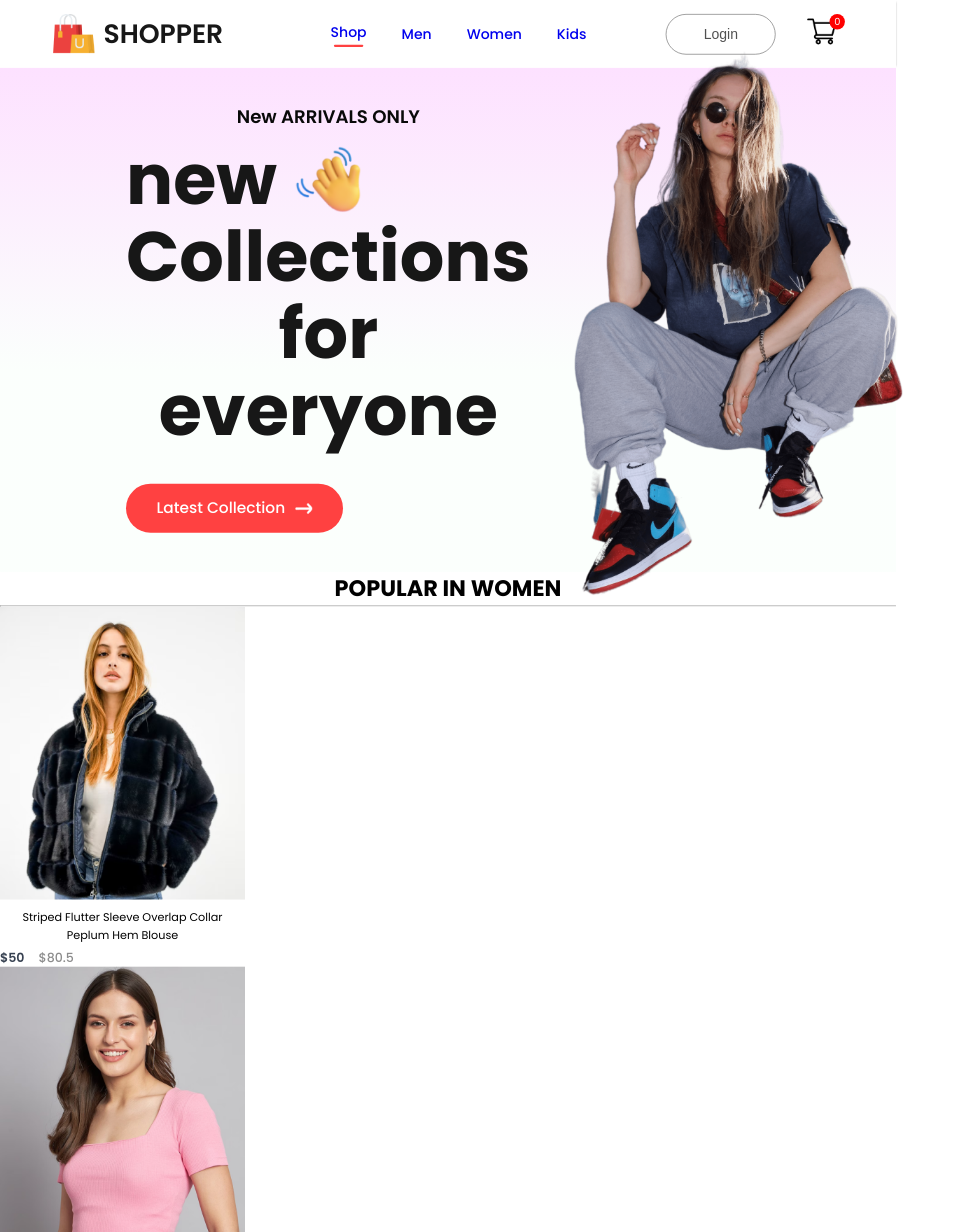
Repository: saritha55/EcommerceReactJs
Page: /
These files come from the project's save history. The page is drawn as it stood at one moment and after the next save; the edit follows.
The browser window is 1280 px wide. The page is 1371 px wide, then 1280 px, so the pictures cover 1371 px, including what lies to the right of the window. The pictures show the part of the page from y = 0 to 1760 px (the page is 2923 px tall), at 70% of full size.
The project was rebuilt for these pictures with package versions that can differ from the ones it lists, and the page was loaded fresh each time. Also part of the build but not shown: src/Components/Popular/Popular.css, src/Pages/ShopCategory.jsx, src/Pages/Product.jsx, src/Pages/Cart.jsx, src/Pages/LoginSignup.jsx.

Above is the page before, as saved 2024-12-02 15:40:41.

### public/index.html
<!DOCTYPE html>
<html lang="en">
  <head>
    <meta charset="utf-8" />
    <link rel="icon" href="%PUBLIC_URL%/favicon.ico" />
    <meta name="viewport" content="width=device-width, initial-scale=1" />
    <meta name="theme-color" content="#000000" />
    <meta
      name="description"
      content="Web site created using create-react-app"
    />
    <link rel="apple-touch-icon" href="%PUBLIC_URL%/logo192.png" />
    <!--
      manifest.json provides metadata used when your web app is installed on a
      user's mobile device or desktop. See https://developers.google.com/web/fundamentals/web-app-manifest/
    -->
    <link rel="manifest" href="%PUBLIC_URL%/manifest.json" />

    <link rel="preconnect" href="https://fonts.googleapis.com">
    <link rel="preconnect" href="https://fonts.gstatic.com" crossorigin>
    <link href="https://fonts.googleapis.com/css2?family=Poppins:ital,wght@0,100;0,200;0,300;0,400;0,500;0,600;0,700;0,800;0,900;1,100;1,200;1,300;1,400;1,500;1,600;1,700;1,800;1,900&display=swap" rel="stylesheet">
    <!--
      Notice the use of %PUBLIC_URL% in the tags above.
      It will be replaced with the URL of the `public` folder during the build.
      Only files inside the `public` folder can be referenced from the HTML.

      Unlike "/favicon.ico" or "favicon.ico", "%PUBLIC_URL%/favicon.ico" will
      work correctly both with client-side routing and a non-root public URL.
      Learn how to configure a non-root public URL by running `npm run build`.
    -->
    <title>E-commerce</title>
  </head>
  <body>
    <noscript>You need to enable JavaScript to run this app.</noscript>
    <div id="root"></div>
    <!--
      This HTML file is a template.
      If you open it directly in the browser, you will see an empty page.

      You can add webfonts, meta tags, or analytics to this file.
      The build step will place the bundled scripts into the <body> tag.

      To begin the development, run `npm start` or `yarn start`.
      To create a production bundle, use `npm run build` or `yarn build`.
    -->
  </body>
</html>

### src/App.js
import './App.css';
import Navbar from './Components/Navbar/Navbar';
import { BrowserRouter, Routes,Route } from 'react-router-dom';
import Shop from './Pages/Shop';
import ShopCategory
 from './Pages/ShopCategory';
import Product from './Pages/Product';
import Cart from './Pages/Cart';
import LoginSignup from './Pages/LoginSignup';

function App() {
  return (
    <div className="App">
      <BrowserRouter>
      <Navbar />
      <Routes>
        <Route path ='/' element={<Shop/>} />
        <Route path ='/mens' element={<ShopCategory category="men"/>} />
        <Route path ='/womens' element={<ShopCategory category="women"/>} />
        <Route path ='/kids' element={<ShopCategory category="kid"/>} />
        <Route path="product" element={<Product/>}>
            <Route path=':productId' element={<Product/>} />
        </Route>
        <Route path ='/cart' element={<Cart/>} />
        <Route path ='/login' element={<LoginSignup/>} />

      </Routes>
      </BrowserRouter>
    </div>
  );
}

export default App;

### src/Components/Navbar/Navbar.jsx
import React from 'react'
import { useState } from 'react'
import './Navbar.css'
import logo from '../Assets/logo.png'
import cart_icon from '../Assets/cart_icon.png'
import { Link } from 'react-router-dom'

const Navbar = () => {

    const [menu,setMenu] = useState("shop");

  return (
    <div className='navbar'>
      <div className="nav-logo">
        <img src={logo} alt="" />
        <p>SHOPPER</p>
      </div>
      <ul className="nav-menu">
        <li onClick={()=>{setMenu("shop")}} > <Link  style={{ textDecoration: 'none'}} to='/'>Shop</Link> {menu==="shop"?<hr/>:<></>} </li>
        <li onClick={()=>{setMenu("mens")}}><Link style={{ textDecoration: 'none'}} to='/mens'>Men </Link>{menu==="mens"?<hr/>:<></>}</li>
        <li onClick={()=>{setMenu("womens")}}><Link style={{ textDecoration: 'none'}} to='/womens'>Women </Link> {menu==="womens"?<hr/>:<></>}</li>
        <li onClick={()=>{setMenu("kids")}}> <Link style={{ textDecoration: 'none'}} to='/kids'>Kids</Link> {menu==="kids"?<hr/>:<></>}</li>
      </ul>
      <div className="nav-login-cart">
        <Link to='/login'><button>Login</button></Link>
        <Link to='/cart'><img src={cart_icon} alt="" /></Link>
        <div className="nav-cart-count">0</div>
      </div>
    </div>
  )
}

export default Navbar

### src/Pages/Shop.jsx
import React from 'react'
import Hero from '../Components/Hero/Hero'
import Popular from '../Components/Popular/Popular'

const Shop = () => {
  return (
    <div>
      <Hero/>
      <Popular/>
    </div>
  )
}

export default Shop

### src/Components/Navbar/Navbar.css
.navbar{
    display: flex;
    justify-content: space-around;
    padding: 16px;
    box-shadow: 0 1px 3px -2px black;
}

.nav-logo{
    display: flex;
    align-items: center;
    gap: 10px;
}
.nav-logo p{
    color: #171717;
    font-size: 38px;
    font-weight: 600;
}
.nav-menu{
    display: flex;
    align-items: center;
    list-style: none;
    gap: 50px;
    color: #626262;
    font-size: 20px;
    font-weight: 500;
}
.nav-menu li{
    display: flex;
    flex-direction: column;
    align-items: center;
    gap: 3px;
    cursor: pointer;
}
.nav-menu hr{
    border: none;
    width: 80%;
    height: 3px;
    border-radius: 10px;
    background: #ff4141;
}
.nav-login-cart{
    display: flex;
    align-items: center;
    gap: 45px;
}
.nav-login-cart button{
    width: 157px;
    height: 58px;
    outline: none;
    border: 1px solid #7a7a7a;
    border-radius: 75px;
    color: #515151;
    font-size: 20px;
    font-weight: 500;
    background: white;
    cursor: pointer;

}
.nav-login-cart button:active{
    background: #f3f3f3;
}
.nav-cart-count{
    width: 22px;
    height: 22px;
    display: flex;
    justify-content: center;
    align-items: center;
    margin-top: -35px;
    margin-left: -55px;
    border-radius: 11px;
    font-size: 14px;
    background: red;
    color: white;
}

### src/Components/Hero/Hero.jsx
import React from 'react'
import './Hero.css'
import hand_icon from '../Assets/hand_icon.png'
import arrow_icon from '../Assets/arrow.png'
import hero_image from '../Assets/hero_image.png'

const Hero = () => {
  return (
    <div className='hero'>
      <div className="hero-left">
        <h2>New ARRIVALS ONLY</h2>
        <div>
            <div className="hero-hand-icon">
                <p>new</p>
                <img src={hand_icon} alt="" />
            </div>
            <p>Collections</p>
            <p>for everyone</p>
        </div>
        <div className="hero-latest-btn">
            <div>Latest Collection</div>
            <img src={arrow_icon} alt="" />
        </div>
      </div>
      <div className="hero-right">
        <img src={hero_image} alt="" />

      </div>
    </div>
  )
}

export default Hero

### src/Components/Popular/Popular.jsx
import React from 'react'
import './Popular.css'
import data_product from '../Assets/data'
import Item from '../Item/Item'


const Popular = () => {
  return (
    <div className='popular'>
      <h1>POPULAR IN WOMEN</h1>
      <hr />
      <div className="popular-item">
        {data_product.map((item,i)=>{
            return <Item key={i} id={item.id} name={item.name} image={item.image} new_price={item.new_price} old_price={item.old_price} />
        })}
      </div>
    </div>
  )
}

export default Popular

### src/Components/Hero/Hero.css
.hero{
    height: 100vh;
    background: linear-gradient(180deg, #fde1ff, #e1ffea22 60%);
    display: flex;

}
.hero-left{
    flex: 1;
    display: flex;
    flex-direction: column;
    justify-content: center;
    gap: 20px;
    padding-left: 180px;
    line-height: 1.1;

}
.hero-left h2{
    color: #090909;
    font-size: 26px;
    font-weight: 600;
}
.hero-left p{
    color: #171717;
    font-size: 100px;
    font-weight: 700;
}
.hero-hand-icon{
   display: flex;
   align-items: center;
   gap: 20px;
}
.hero-hand-icon img{
    width: 105px;
}
.hero-latest-btn{
    display: flex;
    justify-content: center;
    align-items: center;
    gap: 15px;
    width: 310px;
    height: 70px;
    border-radius: 75px;
    margin-top: 30px;
    background: #ff4141;
    color: white;
    font-size: 22px;
    font-weight: 500;

}
.hero-right{
    flex: 1;
    display: flex;
    align-items: center;
    justify-content: center;
}

### src/Components/Assets/data.js
import p1_img from './product_1.png'
import p2_img from './product_2.png'
import p3_img from './product_3.png'
import p4_img from './product_4.png'

let data_product = [
  {
    id:1,
    name:"Striped Flutter Sleeve Overlap Collar Peplum Hem Blouse",
    image:p1_img,
    new_price:50.00,
    old_price:80.50,
  },
  {id:2,
    name:"Striped Flutter Sleeve Overlap Collar Peplum Hem Blouse",
    image:p2_img,
    new_price:85.00,
    old_price:120.50,
  },
  {id:3,
    name:"Striped Flutter Sleeve Overlap Collar Peplum Hem Blouse",
    image:p3_img,
    new_price:60.00,
    old_price:100.50,
  },
  {id:4,
    name:"Striped Flutter Sleeve Overlap Collar Peplum Hem Blouse",
    image:p4_img,
    new_price:100.00,
    old_price:150.00,
  },
];

export default data_product;

### src/Components/Item/Item.jsx
import React from 'react'
import './Item.css'

const Item = (props) => {
  return (
    <div className='item'>
        <img src={props.image} alt="" />
        <p>{props.name}</p>
        <div className="item-prices">
            <div className="item-price-new">
                ${props.new_price}
            </div>
            <div className="item-price-old">
                ${props.old_price}
            </div>

        </div>

    </div>
  )
}

export default Item

### src/Components/Item/Item.css
.item{
    width: 350px;
}

.item p{
    margin: 6px 0px;

}

.item-prices{
    display: flex;
    gap: 20px;
}
.item-price-new{
    color: #374151;
    font-size: 18px;
    font-weight: 600;
}
.item-price-old{
    color: #8c8c8c;
    font-size: 18px;
    font-weight: 500;
}

Loaded but not shown: src/index.js (common file); src/index.css (common file); src/reportWebVitals.js (common file); src/App.css (common file)

After the next save:
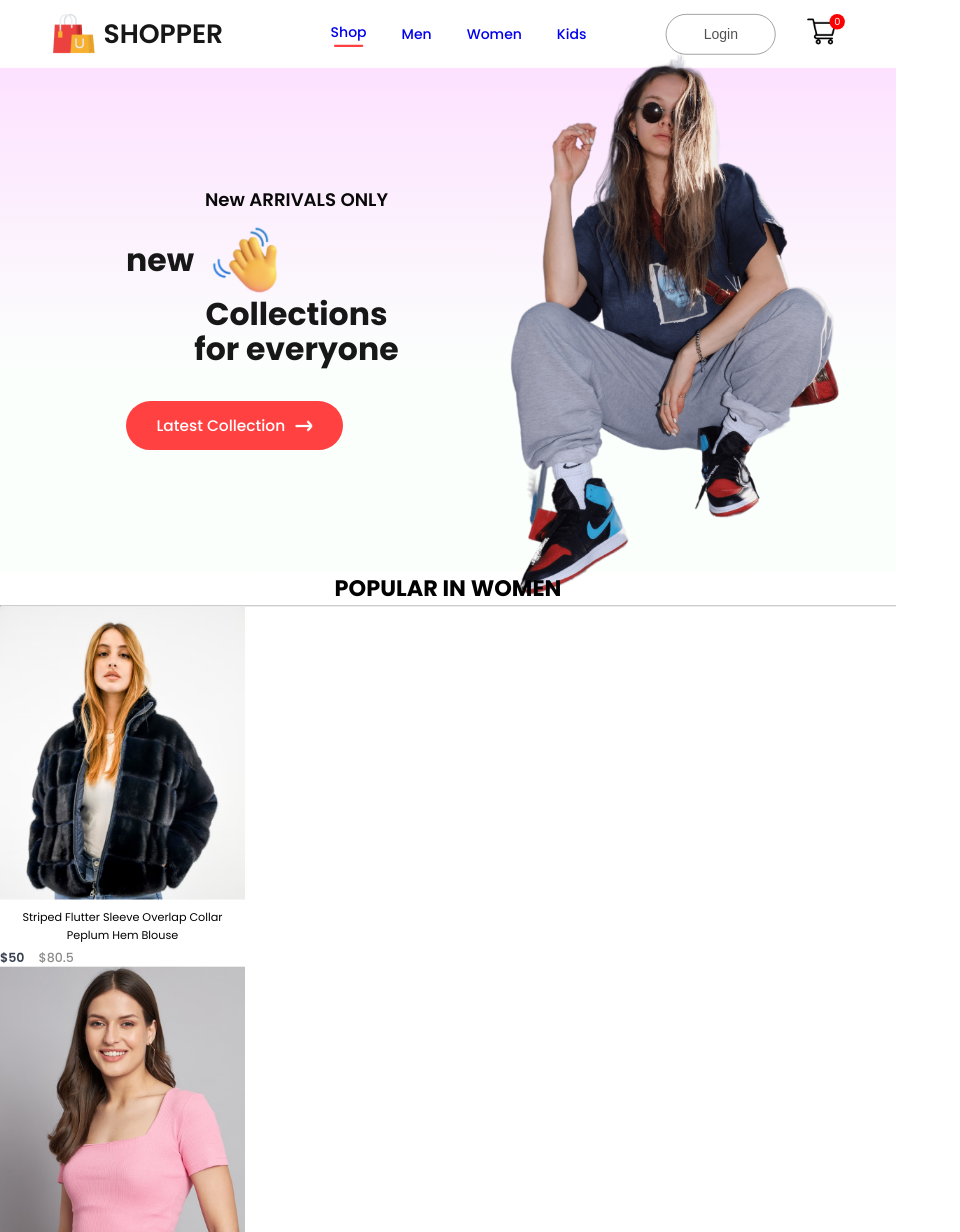
Saved 5 min 0 s later.
--- a/src/Components/Hero/Hero.css
+++ b/src/Components/Hero/Hero.css
@@ -21,7 +21,7 @@
 }
 .hero-left p{
     color: #171717;
-    font-size: 100px;
+    font-size: 45px;
     font-weight: 700;
 }
 .hero-hand-icon{
